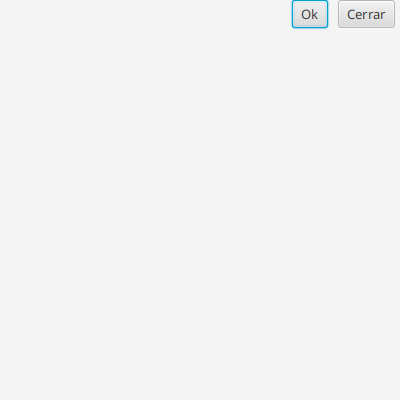
Repository: anxoportela/PROG
Program's window: java Java_Interfaz/ProyectoJavaFX/src/com/acarballeira/javaFX/ejemplo6/App.java
These files come from the project's save history. The program's window is drawn as it stood at one moment and after the next save; the edit follows.
It runs on Java 21 on a 1366 x 768 screen with JavaFX 11; the title bar is not drawn.

Above is the program's window before, as saved 2020-03-04 20:33:54.

### Java_Interfaz/ProyectoJavaFX/src/com/acarballeira/javaFX/ejemplo6/App.java
package com.acarballeira.javaFX.ejemplo6;

import javafx.application.Application;
import javafx.geometry.Pos;
import javafx.scene.Scene;
import javafx.scene.control.Button;
import javafx.scene.control.Label;
import javafx.scene.control.ScrollPane;
import javafx.scene.layout.AnchorPane;
import javafx.scene.layout.HBox;
import javafx.scene.layout.VBox;
import javafx.scene.text.Text;
import javafx.stage.Stage;

public class App extends Application {
	@Override
	public void start(Stage primaryStage) {

		primaryStage.setTitle("Ola Mundo!!!");

		AnchorPane root = new AnchorPane();
		Button btnOk = new Button("Ok");
		Button btnClose = new Button("Cerrar");
		HBox hbox = new HBox();
		hbox.getChildren().addAll(btnOk, btnClose);
		hbox.setSpacing(10);

		AnchorPane.setRightAnchor(hbox, 5d);

		root.getChildren().add(hbox);

		Scene primaryScene = new Scene(root, 400, 400);
		primaryStage.setScene(primaryScene);
		primaryStage.show();

	}

	public static void main(String[] args) {
		Application.launch();
	}
}

After the next save:
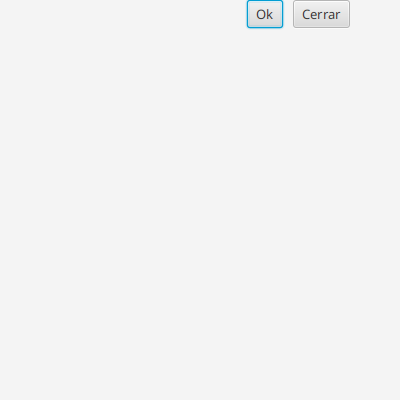
Saved 71 s later.
--- a/Java_Interfaz/ProyectoJavaFX/src/com/acarballeira/javaFX/ejemplo6/App.java
+++ b/Java_Interfaz/ProyectoJavaFX/src/com/acarballeira/javaFX/ejemplo6/App.java
@@ -25,7 +25,7 @@
 		hbox.getChildren().addAll(btnOk, btnClose);
 		hbox.setSpacing(10);
 
-		AnchorPane.setRightAnchor(hbox, 5d);
+		AnchorPane.setRightAnchor(hbox, 50d);
 
 		root.getChildren().add(hbox);
 
